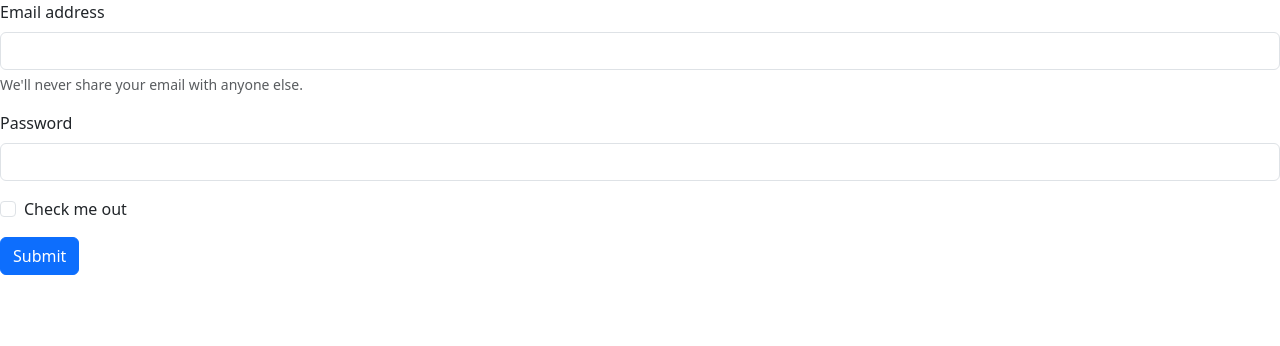
Repository: karkinoob/SimpleCalculator
Page: http://localhost/
The author's editor kept a copy of each file at every save. The page is drawn from the files as they stood at one save, then again after a run of saves.
The browser window is 1280 px wide. The pictures show the whole page.
The page is run by PHP 8.4 with error messages shown; the project is at /var/www/html/.

Above is the page before, as saved 2025-05-08 16:53:54.

### index.php
<!DOCTYPE html>
<html lang="en">
<head>
    <meta charset="UTF-8">
    <meta name="viewport" content="width=device-width, initial-scale=1.0">
    <title>Calculator</title>
    <link href="https://cdn.jsdelivr.net/npm/bootstrap@5.3.6/dist/css/bootstrap.min.css" rel="stylesheet" integrity="sha384-4Q6Gf2aSP4eDXB8Miphtr37CMZZQ5oXLH2yaXMJ2w8e2ZtHTl7GptT4jmndRuHDT" crossorigin="anonymous">
</head>
<body>
<form>
  <div class="mb-3">
    <label for="exampleInputEmail1" class="form-label">Email address</label>
    <input type="email" class="form-control" id="exampleInputEmail1" aria-describedby="emailHelp">
    <div id="emailHelp" class="form-text">We'll never share your email with anyone else.</div>
  </div>
  <div class="mb-3">
    <label for="exampleInputPassword1" class="form-label">Password</label>
    <input type="password" class="form-control" id="exampleInputPassword1">
  </div>
  <div class="mb-3 form-check">
    <input type="checkbox" class="form-check-input" id="exampleCheck1">
    <label class="form-check-label" for="exampleCheck1">Check me out</label>
  </div>
  <button type="submit" class="btn btn-primary">Submit</button>
</form>
</body>
</html>

After the next 2 saves:
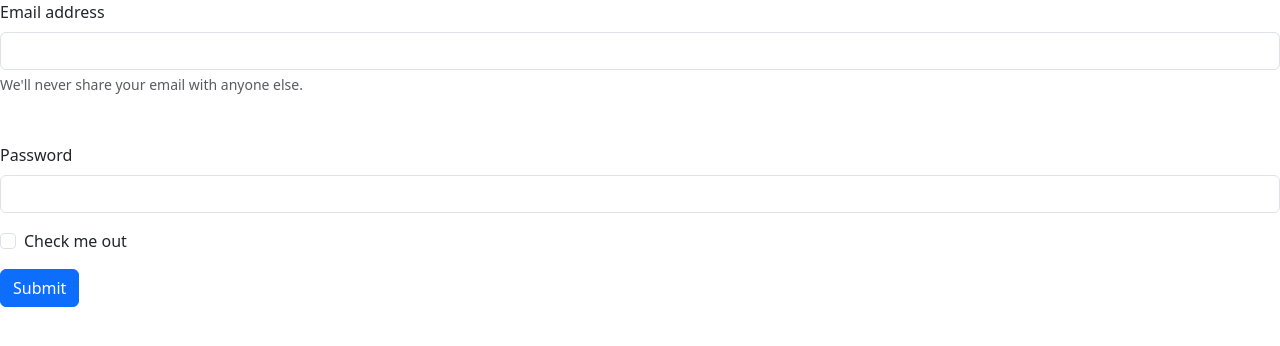
The 2 saves are shown as one change because they came seconds apart.
The last was saved 26 s later.
--- a/index.php
+++ b/index.php
@@ -8,7 +8,7 @@
 </head>
 <body>
 <form>
-  <div class="mb-3">
+  <div class="mb-5">
     <label for="exampleInputEmail1" class="form-label">Email address</label>
     <input type="email" class="form-control" id="exampleInputEmail1" aria-describedby="emailHelp">
     <div id="emailHelp" class="form-text">We'll never share your email with anyone else.</div>

After the 2 saves that followed:
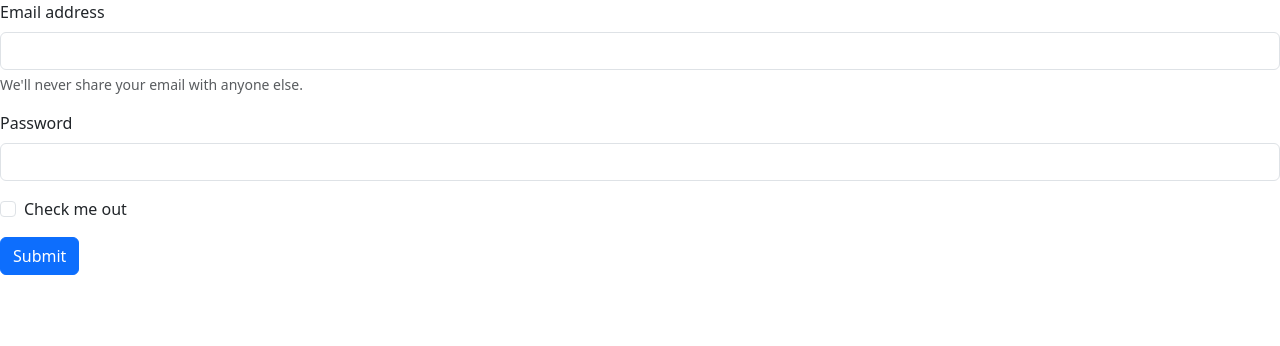
The 2 saves are shown as one change because they came seconds apart.
The last was saved 9 s later.
--- a/index.php
+++ b/index.php
@@ -8,7 +8,7 @@
 </head>
 <body>
 <form>
-  <div class="mb-5">
+  <div class="mb-3">
     <label for="exampleInputEmail1" class="form-label">Email address</label>
     <input type="email" class="form-control" id="exampleInputEmail1" aria-describedby="emailHelp">
     <div id="emailHelp" class="form-text">We'll never share your email with anyone else.</div>
